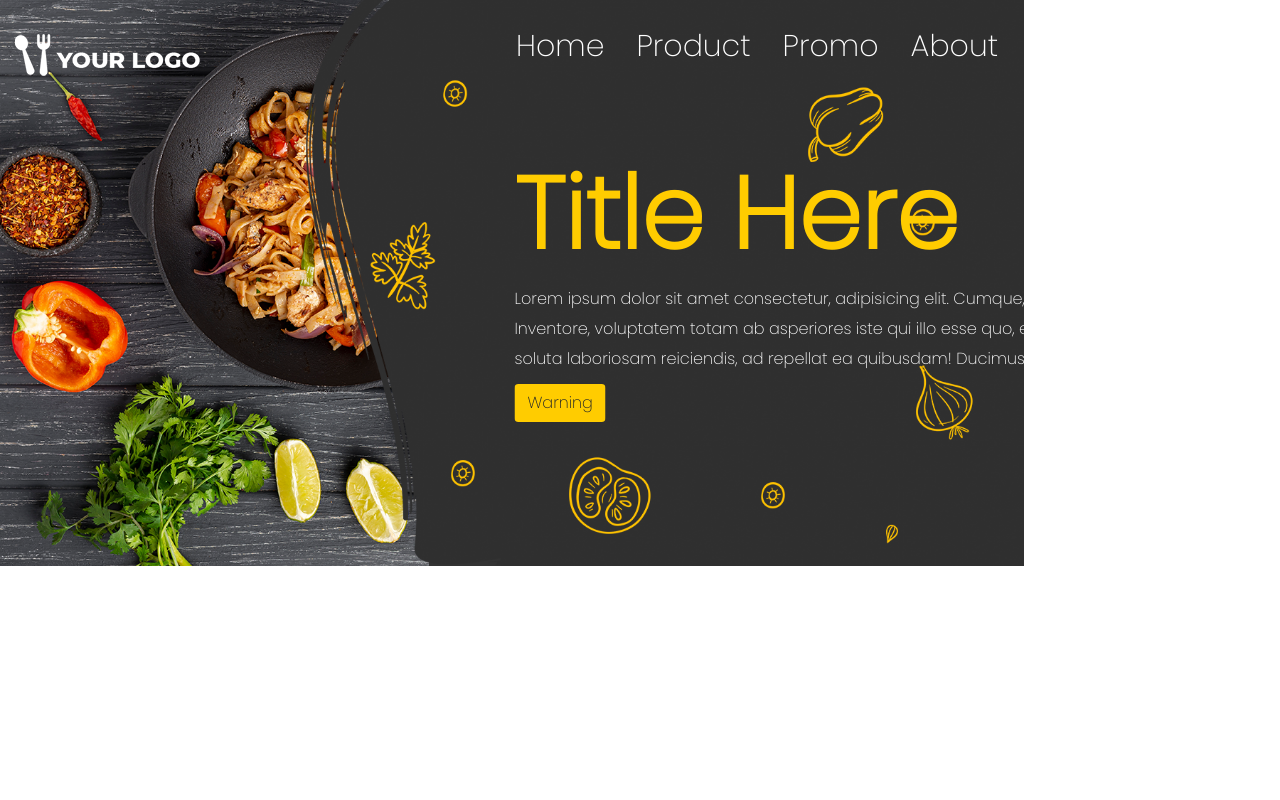
Repository: iphoneboy46/templateRestaurent
Page: index.html
The author's editor kept a copy of each file at every save. The page is drawn from the files as they stood at one save, then again after a run of saves.
The browser window is 1280 px wide. The pictures show the whole page.

Above is the page before, as saved 2022-10-12 14:54:09.

After the next 2 saves:
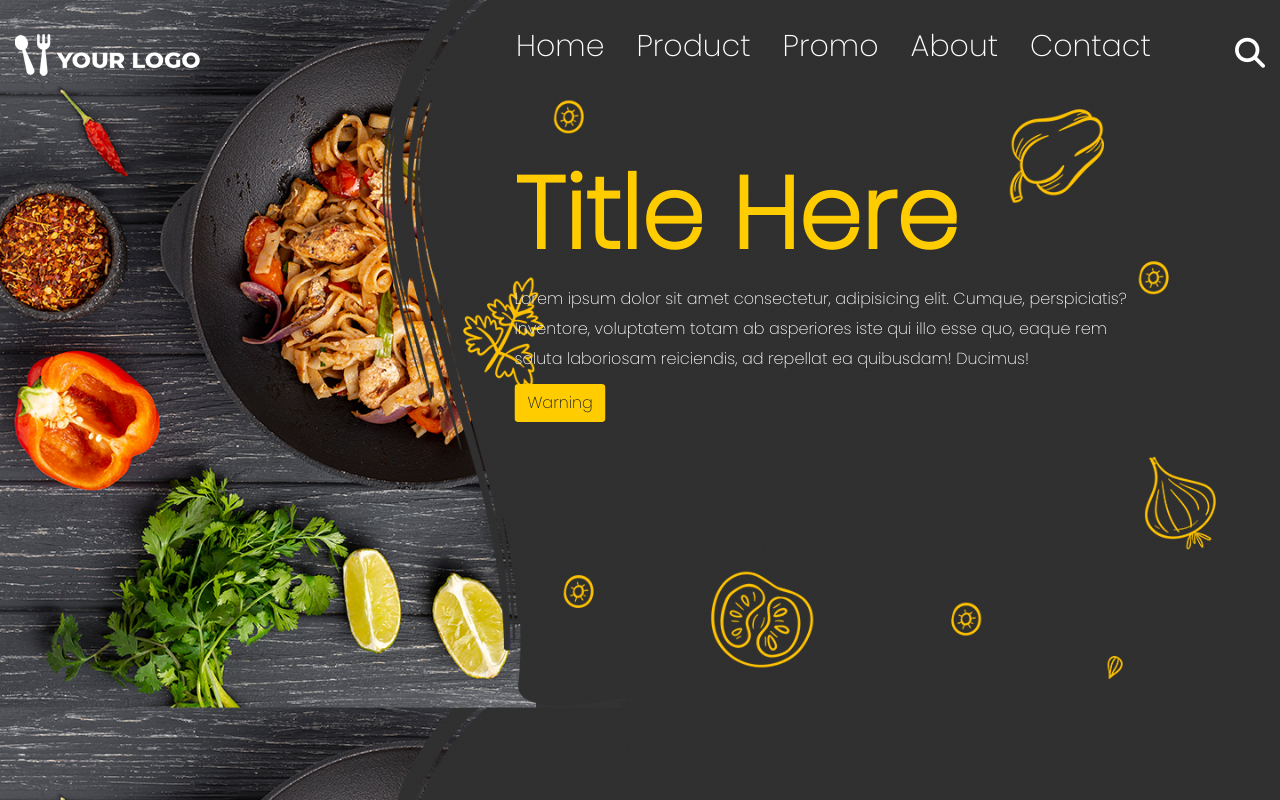
The 2 saves are shown as one change because they came seconds apart.
The last was saved 8 s later.
--- a/style.css
+++ b/style.css
@@ -16,8 +16,7 @@
     background-image: url(images/header.png);
     width: 100%;
     height:800px;
-    background-size: 80%;
-    background-repeat: no-repeat;
+    background-size: 100%;
 }
 
 .menu__list{
